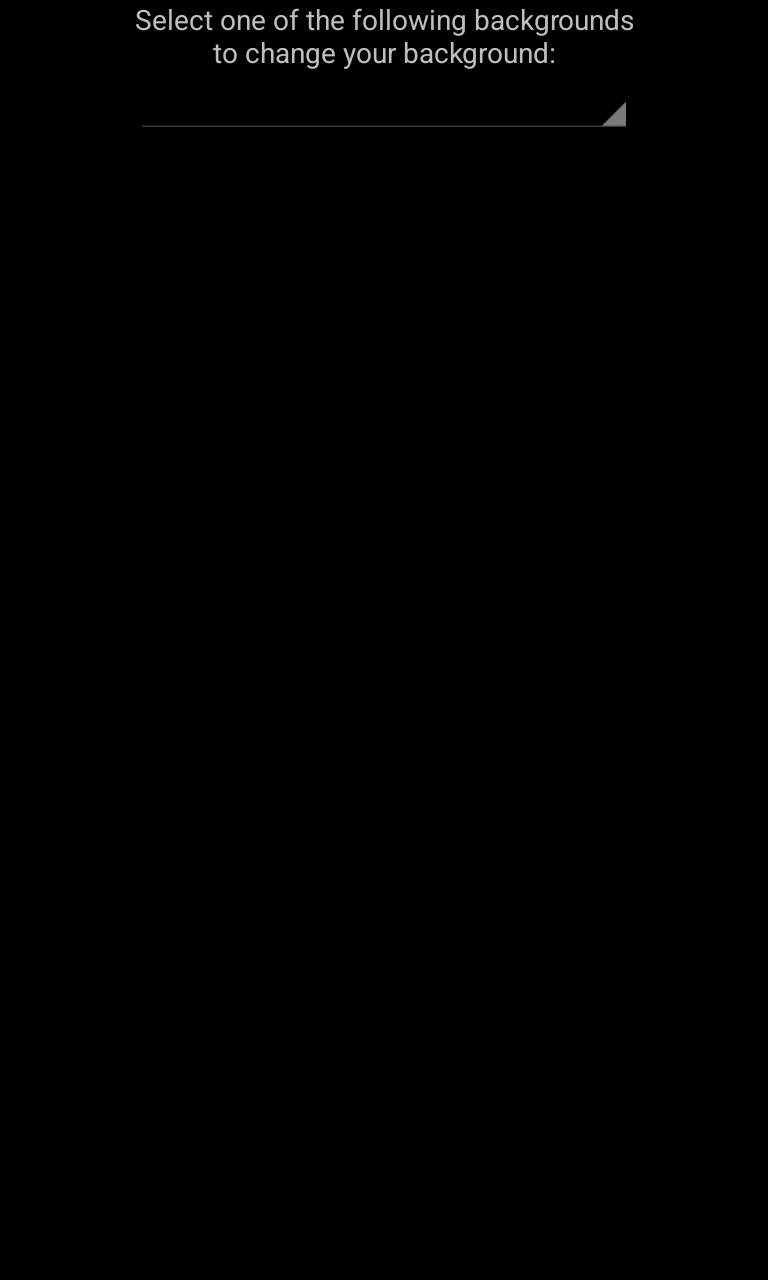
Repository: laurenelder/Java2_Elder
Layout: MovieLookup/res/layout/settings_dialog.xml
The author's editor kept a copy of each file at every save. The layout is drawn from the files as they stood at one save, then again after the next save.
It is drawn on a 768 x 1280 px phone screen (xhdpi) without system bars, with theme android:Theme.Holo; the app's code is not run.

Above is the layout before, as saved 2014-07-31 14:03:14.

### MovieLookup/res/layout/settings_dialog.xml
<?xml version="1.0" encoding="utf-8"?>
<LinearLayout xmlns:android="http://schemas.android.com/apk/res/android"
    android:layout_width="match_parent"
    android:layout_height="match_parent"
    android:orientation="vertical" >

    <TextView
        android:id="@+id/settingsText"
        android:layout_width="250dp"
        android:layout_height="wrap_content"
        android:layout_gravity="center"
        android:gravity="center"
        android:text="@string/settings_dialog_text" />

	<Spinner
	    android:id="@+id/settingsSpinner"
	    android:layout_width="250dp"
	    android:layout_height="wrap_content"
	    android:layout_gravity="center"/>

</LinearLayout>

### MovieLookup/res/values/strings.xml
<?xml version="1.0" encoding="utf-8"?>

<!-- MovieLookup -->
<!-- com.laurenelder.movielookup -->
<!-- Devin "Lauren" Elder -->
<!-- Jul 17, 2014 -->
<!-- Java 2 Term 1407 -->

<resources>

    <string name="app_name">Movie Lookup</string>
    <string name="hello_world">Hello world!</string>
    <string name="action_settings">Settings</string>
    <string name="action_favorites">Favorites</string>
    <string name="action_search">Search</string>
    <string name="title_text">Search to find all the information on your favorite movies!</string>
    <string name="button_text">Find!</string>
    <string name="search_hint">Star Trek</string>
    <string name="search_dialog_text">Search by movie year:</string>
    <string name="search_dialog_hint">Enter a 4 digit year</string>
    <string name="settings_dialog_text">Select one of the following backgrounds to change your background:</string>
    <string name="main_api">http://www.omdbapi.com/?s=Star%20Trek_r=JSON</string>
    <string name="pre_detail_api">http://www.omdbapi.com/?i=</string>
    <string name="post_detail_api">_r=JSON</string>
    <string name="input_notification">Please enter a movie you would like to search for.</string>
    <string name="connection_notification">Connection Error: Please check to make sure you have an internet connection.</string>
    <string name="searching_notification">We are searching for your movie</string>
    <string name="details_notification">We are finding the details for your movie</string>
    <string name="file_name">apiJSONdata.txt</string>
    <string name="detail_file_name">.txt</string>
    <string name="n_a">Not Applicable</string>
    <string name="year_str">Year:</string>
    <string name="rated_str">Rated:</string>
    <string name="released_str">Date Released:</string>
    <string name="runtime_str">Runtime:</string>
    <string name="genre_str">Genre:</string>
    <string name="director_str">Director:</string>
    <string name="actor_str">Actors:</string>
    <string name="awards_str">Awards:</string>
    <string name="score_str">Metacritic Score:</string>
    <string name="image_hint">(Click Image for Larger Image)</string>
    <string name="image_desciption">Movie Poster</string>
    <string name="alert_title">Favorite Notification</string>
    <string name="alert_favMovie"> is now a favorite</string>
    <string name="alert_notFavMovie"> is not a favorite</string>
    <string name="alert_favRating">Rating Bar returned:</string>

</resources>

After the next save:
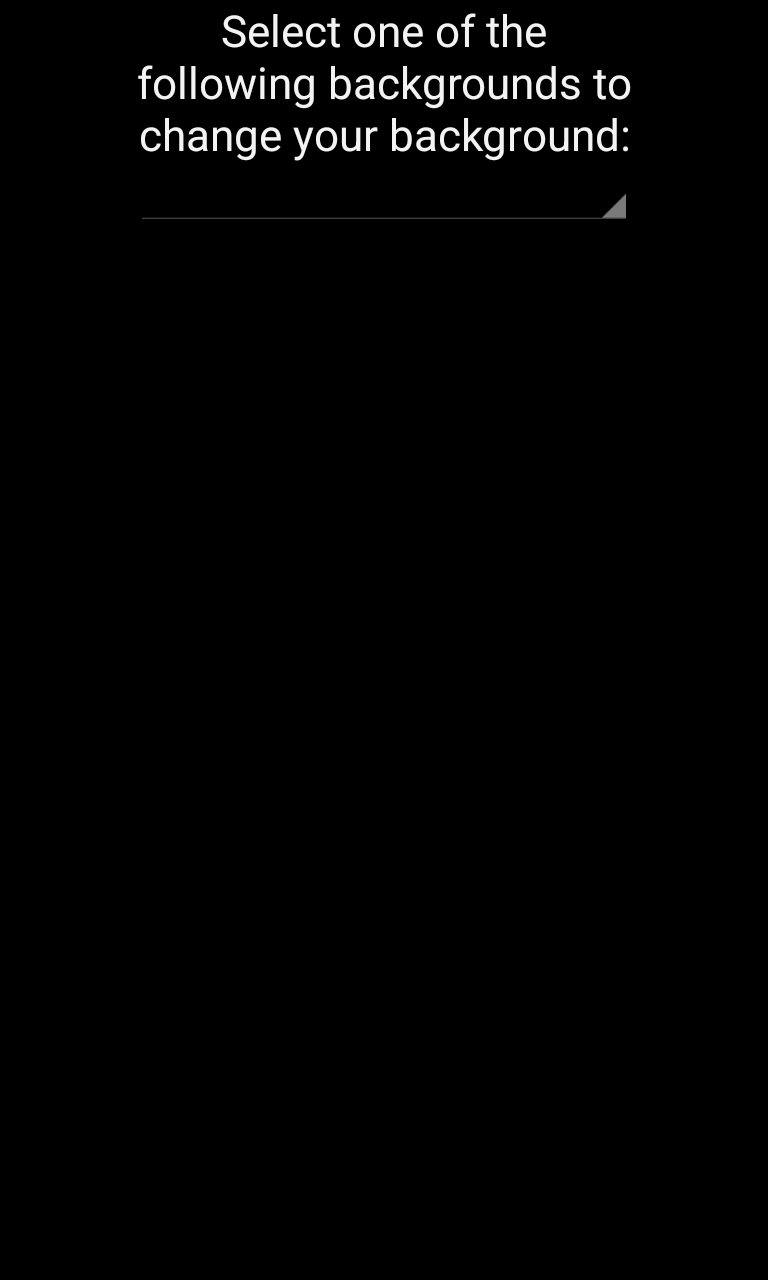
Saved 72 s later.
--- a/MovieLookup/res/layout/settings_dialog.xml
+++ b/MovieLookup/res/layout/settings_dialog.xml
@@ -10,6 +10,7 @@
         android:layout_height="wrap_content"
         android:layout_gravity="center"
         android:gravity="center"
+        android:textAppearance="?android:attr/textAppearanceLarge"
         android:text="@string/settings_dialog_text" />
 
 	<Spinner
